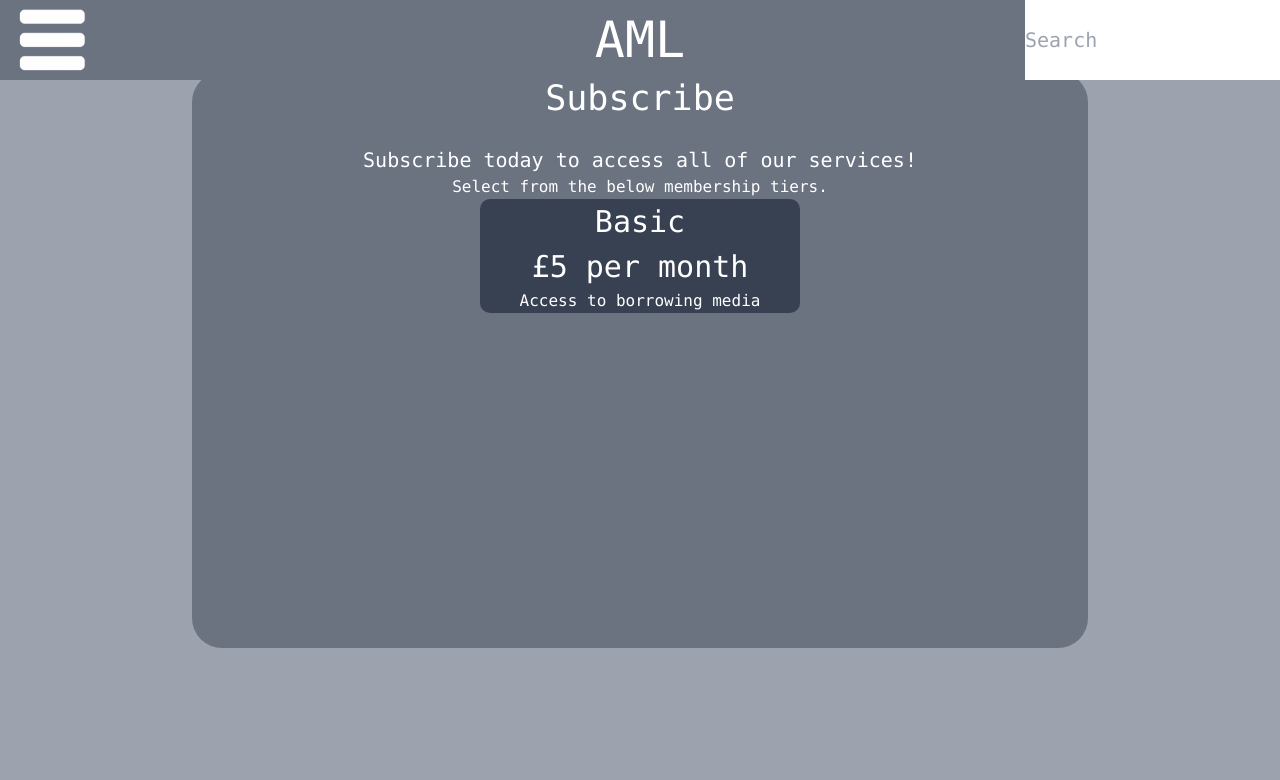
Repository: DuyKhanhDo/AML-Concept
Page: http://localhost/subscribe
An editor plug-in stored every save of this project. The page is shown before and after a run of saves, followed by the edit.
The browser window is 1280 px wide. The pictures show the whole page.
Some web libraries are served in a nearby version. The page is served by the project's Laravel application, run on PHP 8.4 with Laravel 12. A made-up administrator, Test User (test@example.com), is signed in.

Above is the page before, as saved 2024-11-11 12:54:58.

After the next 2 saves:
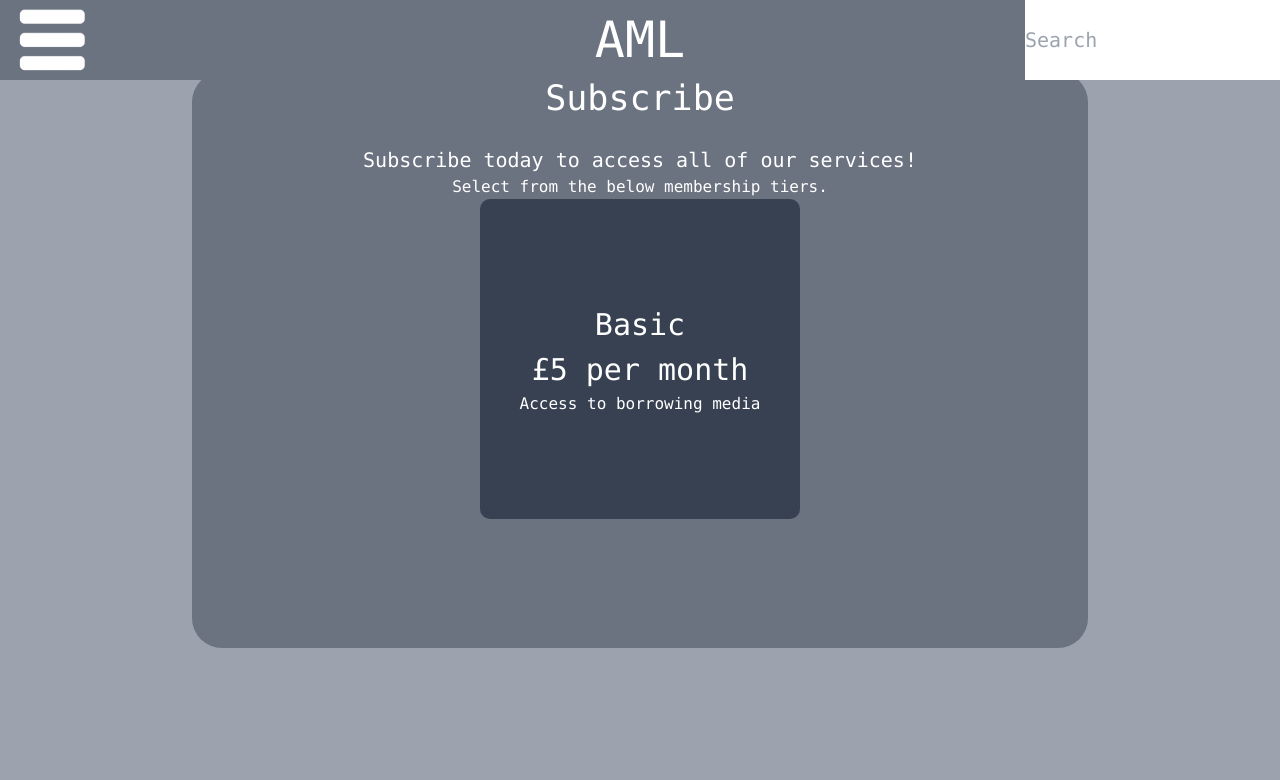
The 2 saves are shown as one change because they came seconds apart.
The last was saved 8 s later.
--- a/resources/views/subscribe.blade.php
+++ b/resources/views/subscribe.blade.php
@@ -5,7 +5,7 @@
                 <h1 class="text-[35px]">Subscribe</h1>
                 <h3 class="text-[20px] mt-[20px]">Subscribe today to access all of our services!</h3>
                 <h5>Select from the below membership tiers.</h5>
-                <button class="bg-gray-700 rounded-[10px] w-[20rem]">
+                <button class="bg-gray-700 rounded-[10px] w-[20rem] h-[20rem]">
                     <h2 class="text-[30px]">Basic</h2>
                     <h2 class="text-[30px]">£5 per month</h2>
                     <h3>Access to borrowing media</h3>
